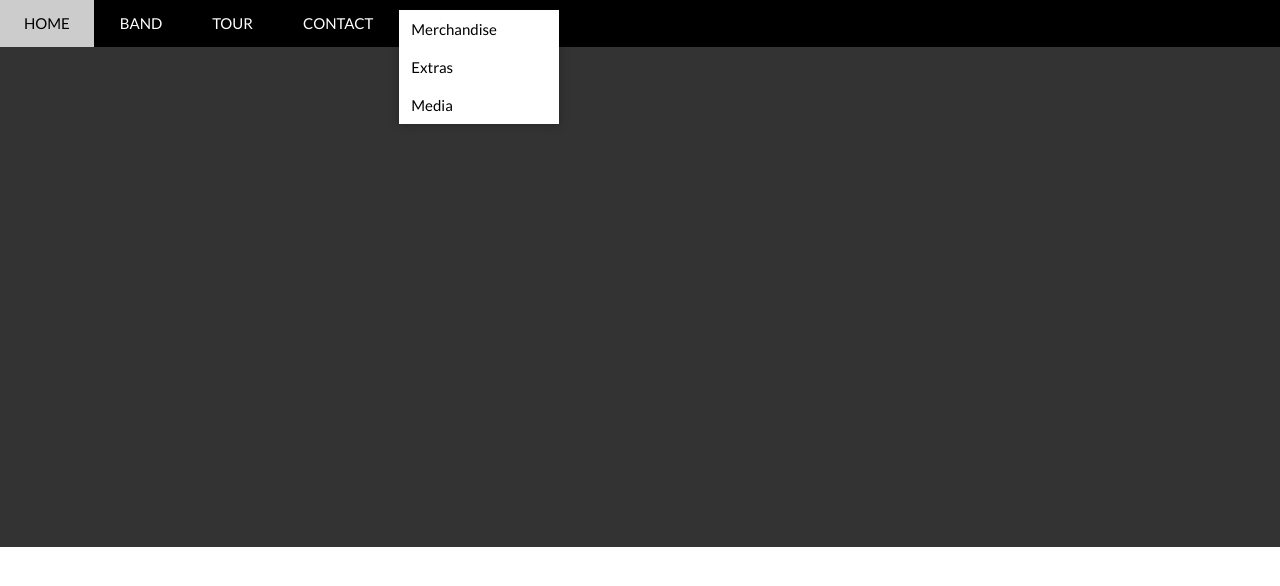
Repository: nguyenthaicong265/w3-band
Page: index.html
The author's editor kept a copy of each file at every save. The page is drawn from the files as they stood at one save, then again after the next save.
The browser window is 1280 px wide. The pictures show the whole page.

Above is the page before, as saved 2021-12-28 00:04:04.

After the next save:
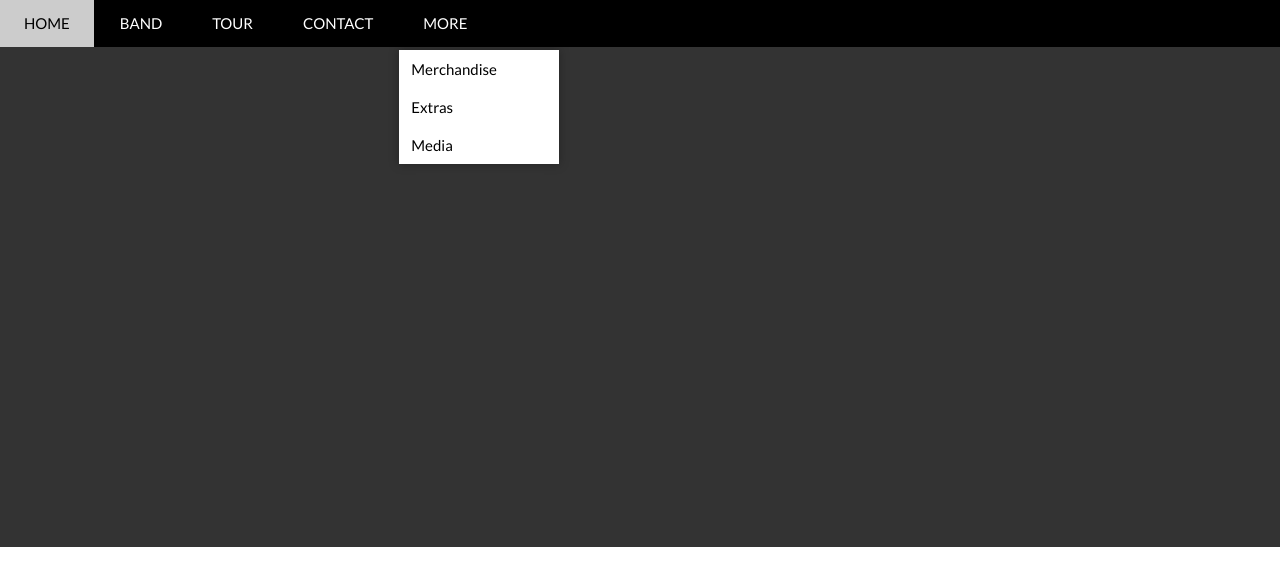
Saved 5 s later.
--- a/assets/css/styles.css
+++ b/assets/css/styles.css
@@ -60,7 +60,7 @@ html {
     /* display: none;  */
     position: absolute;
     min-width: 160px;
-    top: 10px;
+    top: 50px;
     background-color: #ffffff;
     box-shadow: 0 0 10px rgba(0, 0, 0, 0.3);
 }
